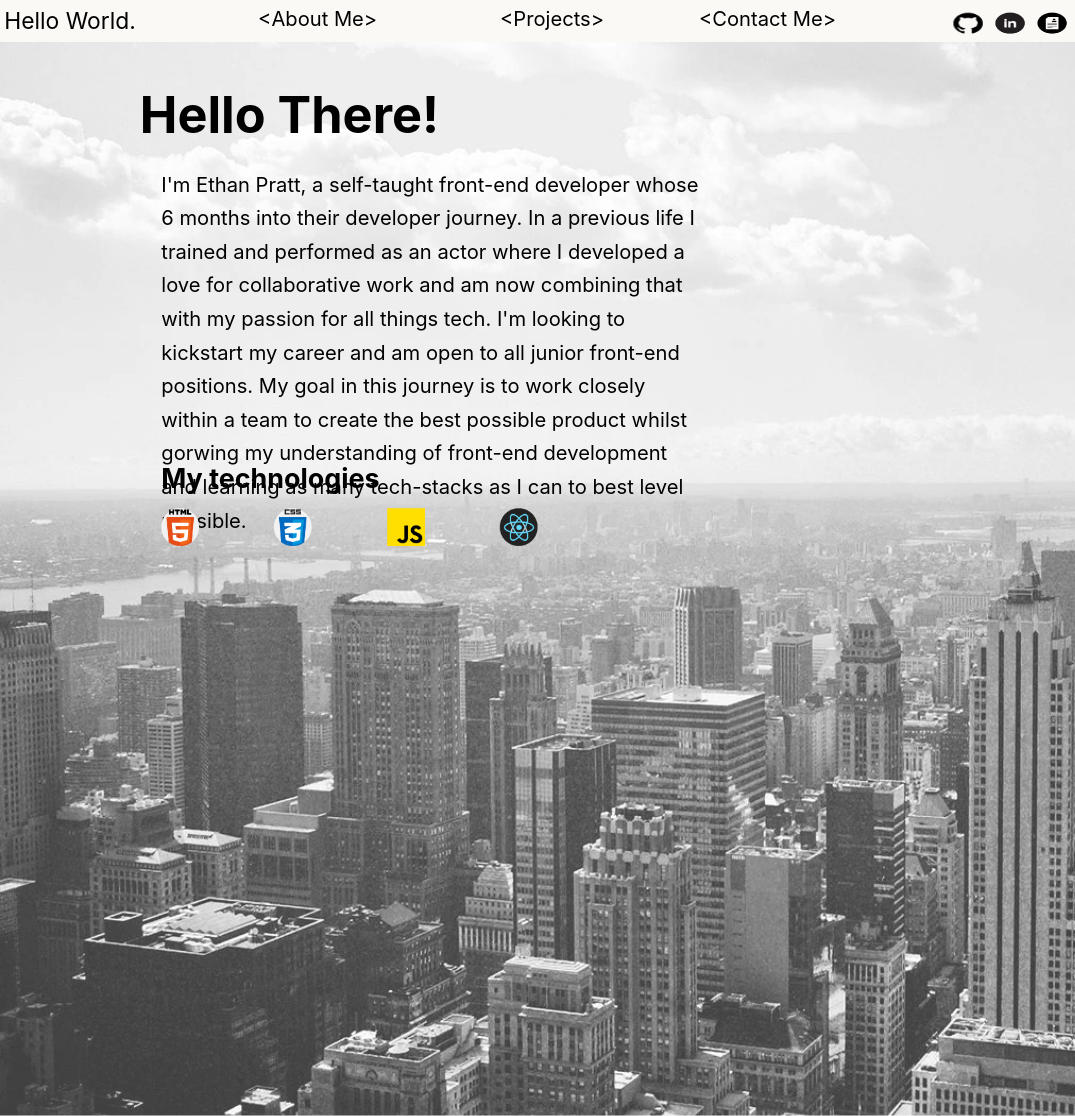
Repository: ghend99/website_ethan_pratt
Page: /about
These files come from the project's save history. The page is drawn as it stood at one moment and after the next save; the edit follows.
The browser window is 1280 px wide. The pictures show the whole page, at 84% of full size.
The project was rebuilt for these pictures with package versions that can differ from the ones it lists, and the page was loaded fresh each time. Also part of the build but not shown: src/pages/home.js, src/pages/project.js, src/css/contact.css, src/pages/contact.js.

Above is the page before, as saved 2023-04-03 12:30:35.

### public/index.html
<!DOCTYPE html>
<html lang="en">
  <head>
    <meta charset="utf-8" />
    <link rel="icon" href="%PUBLIC_URL%/favicon.ico" />
    <meta name="viewport" content="width=device-width, initial-scale=1" />
    <meta name="theme-color" content="#000000" />
    <meta
      name="description"
      content="Web site created using create-react-app"
    />
    <link rel="apple-touch-icon" href="%PUBLIC_URL%/logo192.png" />
    <!--
      manifest.json provides metadata used when your web app is installed on a
      user's mobile device or desktop. See https://developers.google.com/web/fundamentals/web-app-manifest/
    -->
    <link rel="manifest" href="%PUBLIC_URL%/manifest.json" />
    <!--
      Notice the use of %PUBLIC_URL% in the tags above.
      It will be replaced with the URL of the `public` folder during the build.
      Only files inside the `public` folder can be referenced from the HTML.

      Unlike "/favicon.ico" or "favicon.ico", "%PUBLIC_URL%/favicon.ico" will
      work correctly both with client-side routing and a non-root public URL.
      Learn how to configure a non-root public URL by running `npm run build`.
    -->
    <title>Ethan Pratt | Junior Front-End Developer</title>
  </head>
  <body>
    <noscript>You need to enable JavaScript to run this app.</noscript>
    <div id="root"></div>
    <!--
      This HTML file is a template.
      If you open it directly in the browser, you will see an empty page.

      You can add webfonts, meta tags, or analytics to this file.
      The build step will place the bundled scripts into the <body> tag.

      To begin the development, run `npm start` or `yarn start`.
      To create a production bundle, use `npm run build` or `yarn build`.
    -->
  </body>
</html>

### src/App.js
import { BrowserRouter as Router, Routes, Route } from "react-router-dom";
import { Home } from "./pages/home";
import { About } from "./pages/about.js";
import { Project } from "./pages/project.js";
import { Contact } from "./pages/contact.js";

function App() {
  return (
    <div className="App">
      <Router>
        <Routes>
          <Route path="/" element={<Home />} />
          <Route path="/projects" element={<Project />} />
          <Route path="/about" element={<About />} />
          <Route path="/contact" element={<Contact />} />
        </Routes>
      </Router>
    </div>
  );
}

export default App;

### src/pages/about.js
import "../css/about.css";
import { Header } from "../components/header.js";
import html from "../images/html.png";
import css from "../images/css.png";
import javascript from "../images/javascript.png";
import react from "../images/react.png";

export const About = () => {
  return (
    <div className="bg">
      <Header />
      <div className="about-container">
        {/* Infomration Container */}
        <div className="info-container">
          <section className="about">
            <h1 className="about-header">Hello There!</h1>
            <p className="about-paragraph">
              I'm Ethan Pratt, a self-taught front-end developer whose 6 months
              into their developer journey. In a previous life I trained and
              performed as an actor where I developed a love for collaborative
              work and am now combining that with my passion for all things
              tech. I'm looking to kickstart my career and am open to all junior
              front-end positions. My goal in this journey is to work closely
              within a team to create the best possible product whilst gorwing
              my understanding of front-end development and learning as many
              tech-stacks as I can to best level possible.
            </p>
          </section>
        </div>

        {/* Technology Container */}
        <div id="technology-container">
          <h2 className="technology-header">My technologies</h2>
          <img
            className="stack-html"
            id="stack-icon"
            src={html}
            alt="html logo"
          />
          <img className="stack-css" id="stack-icon" src={css} alt="css-logo" />
          <img
            className="stack-javascript"
            id="stack-icon"
            src={javascript}
            alt="javascript-logo"
          />
          <img
            className="stack-react"
            id="stack-icon"
            src={react}
            alt="react-logo"
          />
        </div>
      </div>
    </div>
  );
};

### src/components/header.js
import React, { useState } from "react";
import { Link } from "react-router-dom";
import "../css/header.css";
import github from "../images/github.png";
import linkedin from "../images/linkedin.png";
import resume from "../images/resume.png";
import menu from "../images/menu.png";

export const Header = () => {
  return (
    <div className="header-container">
      <Link className="header-title" to="/">
        Hello World.
      </Link>
      <Link id="header-nav" className="header-projects" to="/projects">
        &lt;Projects&gt;
      </Link>
      <Link id="header-nav" className="header-about" to="/about">
        &lt;About Me&gt;
      </Link>
      <Link id="header-nav" className="header-contact" to="/contact">
        &lt;Contact Me&gt;
      </Link>
      <a href="https://github.com/ghend99" target={"_blank"}>
        <img id="header-socials" className="header-github" src={github} />
      </a>
      <a href="https://www.linkedin.com/in/ethanapratt/" target={"_blank"}>
        <img id="header-socials" className="header-linkedin" src={linkedin} />
      </a>
      <a
        href="https://acrobat.adobe.com/link/review?uri=urn:aaid:scds:US:74a2b676-94fc-39cd-90a1-4f5be50c7792"
        target={"_blank"}
      >
        <img id="header-socials" className="header-resume" src={resume} />
      </a>

      <div className="header-socials-list">
        <a href="https://github.com/ghend99" target={"_blank"}>
          <p className="header-socials-text">Github</p>
        </a>
        <a href="https://www.linkedin.com/in/ethanapratt/" target={"_blank"}>
          <p className="header-socials-text">LinkedIn</p>
        </a>
        <a href="https://www.linkedin.com/in/ethanapratt/" target={"_blank"}>
          <p className="header-socials-text">Resume</p>
        </a>
      </div>
    </div>
  );
};

### src/css/home.css
@import url("https://fonts.googleapis.com/css2?family=Bitter&display=swap");

#center-container {
  position: relative;
  max-width: 25%;
  min-width: 500px;
  height: 20%;
  border-bottom: solid;
  /* background-color: aqua; */
  margin-left: auto;
  margin-right: auto;
  top: 10%;
  text-align: center;
  padding: 70px 0;
}

.home-name {
  top: 0;
  font-size: 50px;
  font-weight: bold;
}

.home-job-title {
  font-size: 32px;
  font-family: "Bitter";
}

.home-resume,
.home-github,
.home-linkedin {
  position: absolute;
  bottom: -50px;
  text-decoration: none;
  color: black;
  font-size: 20px;
  font-weight: bold;
  height: 50px;
  padding-bottom: 10px;
}

.home-resume:hover,
.home-github:hover,
.home-linkedin:hover {
  border-bottom: solid;
}

.home-github {
  left: 0;
}

.home-linkedin {
  left: 45%;
}

.home-resume {
  right: 0;
}

### src/css/about.css
.about-container {
  position: relative;
  max-width: 100%;
  min-width: 600px;
  max-height: 100%;
  min-height: 550px;
  /* background-color: lightyellow; */
}

.info-container {
  position: relative;
  max-width: 100%;
  min-width: 530px;
  max-height: 100%;
  min-height: 420px;
  top: 50px;
  /* background-color: lightgreen; */
}

.about-header {
  position: absolute;
  /* display: inline-block; */
  left: 13%;
  margin: 0;
  font-size: 60px;
}

.about-paragraph {
  position: absolute;
  top: 100px;
  left: 15%;
  max-width: 50%;
  min-width: 500px;
  margin: 0;
  font-size: 24px;
  line-height: 40px;
}

#technology-container {
  position: relative;
  top: 30px;
  max-width: 70%;
  min-width: 40%;
  max-height: 100%;
  min-height: 150px;
  left: 15%;
  margin: 0;
  /* background-color: lightblue; */
}

.technology-header {
  position: absolute;
  margin: 0;
  font-size: clamp(2rem, 1vw, 4rem);
}

#stack-icon {
  position: absolute;
  top: 55px;
  width: 5%;
}

.stack-html {
  left: 0;
}

.stack-css {
  left: 15%;
}

.stack-javascript {
  left: 30%;
}

.stack-react {
  left: 45%;
}

@media screen and (min-width: 0) and (max-width: 1740px) {
  #technology-container {
    top: 20px;
  }
}

@media screen and (min-width: 0) and (max-width: 1500px) {
  #technology-container {
    top: 80px;
  }
}

@media screen and (min-width: 0) and (max-width: 724px) {
  #technology-container {
    top: 100px;
  }
}

@media screen and (min-width: 0) and (max-width: 705px) {
  #technology-container {
    top: 120px;
  }
}

### src/css/header.css
@import url("https://fonts.googleapis.com/css2?family=Bitter&display=swap");

.header-socials-text {
  color: black;
  text-decoration: none;
  border-bottom: none;
}

.header-container {
  position: relative;
  display: flex;
  flex-direction: row;
  max-width: 100%;
  min-width: 530px;
  max-height: 200px;
  min-height: 50px;
  background-color: #faf9f6;
  /* padding-top: 20px; */
}

.header-title {
  position: absolute;
  left: 5px;
  margin: 0;
  margin-right: clamp(20px, 50px, 30px);
  font-size: clamp(1rem, 4vw, 1.7rem);
  top: 8px;
  text-decoration: none;
  color: black;
}

#header-nav {
  position: absolute;
  display: flex;
  font-size: clamp(1rem, 4vw, 1.5rem);
  margin: 0;
  margin-right: clamp(20px, 50px, 30px);
  top: 8px;
}

.header-projects {
  left: clamp(30%, 46.5%, 60%);
  text-decoration: none;
  color: black;
}

.header-about {
  margin: 0;
  margin-left: 50px;
  margin-right: 100px;
  left: clamp(5px, 24%, 55%);
  text-decoration: none;
  color: black;
}

.header-contact {
  left: clamp(20%, 65%, 70%);
  text-decoration: none;
  color: black;
}

#header-socials {
  max-width: 11%;
  min-width: 35px;
  max-height: 50%;
  min-height: 10px;
  top: 15px;
  cursor: pointer;
}

#header-nav:hover {
  border-bottom: solid;
}

.header-github {
  position: absolute;
  right: clamp(10px, 12%, 110px);
}

.header-linkedin {
  position: absolute;
  right: clamp(5px, 10%, 60px);
}

.header-resume {
  position: absolute;
  right: clamp(10px, 10%, 10px);
}

.bg {
  position: relative;
  max-width: 100%;
  min-width: 650px;
  height: 100vh;
  min-height: 83rem;
  background-size: cover;
  background-repeat: no-repeat;
  background-position: center center;
}

.bg::before {
  content: "";
  background-image: url(../images/background-image.jpg);
  background-size: cover;
  position: absolute;
  top: 0px;
  right: 0px;
  bottom: 0px;
  left: 0px;
  opacity: 0.75;
}

.header-socials-list {
  position: absolute;
  right: 10px;
  top: 50px;
  font-size: 12px;
  font-weight: bold;
  font-family: "Bitter";
  color: black;
  opacity: 0;
  transition: all 0.2s;
}

@media screen and (min-width: 0) and (max-width: 1028px) {
  #header-socials {
    display: none;
  }

  .header-socials-list {
    opacity: 1;
  }
}

@media screen and (min-width: 0) and (max-width: 612px) {
  #header-nav {
    top: 13px;
    font-size: 22px;
  }

  .header-socials-menu {
    top: 15px;
    right: 10px;
    width: 20px;
    height: 20px;
  }
}

@media screen and (min-width: 0) and (max-width: 554px) {
  #header-nav {
    font-size: 20px;
  }

  .header-title {
    top: 15px;
    font-size: 16px;
  }
}

### src/css/project.css
@import url("https://fonts.googleapis.com/css2?family=Bitter&display=swap");

#projects-container {
  position: absolute;
  display: grid;
  grid-template-columns: 1fr 1fr 1fr;
  grid-template-rows: 3fr;
  max-width: 80%;
  min-width: 70%;
  max-height: 400vh;
  min-height: 150px;
  background-color: blue;
  /* opacity: 0.7; */
  left: 10%;
  top: 10%;
}

#single-project {
  position: relative;
  max-width: 100%;
  max-height: 600px;
  min-height: clamp(30%, 450px, 800px);
  border: solid;
  text-align: center;
  background-color: #faf9f6;
}

.project-name {
  font-family: "Bitter";
  font-size: clamp(18px, 24px, 30px);
}

#project-image {
  position: relative;
  max-width: 80%;
  max-height: 75%;
  min-height: 20%;
  top: -10px;
  margin-left: auto;
  margin-right: auto;
}

.image {
  width: 70%;
}

.project-footer {
  position: absolute;
  display: grid;
  grid-template-columns: 1fr 1fr 1fr;
  text-align: center;
  width: 100%;
  height: 6%;
  bottom: 0;
}

.source-link,
.source-demo,
.project-info {
  position: absolute;
  text-decoration: none;
  color: black;
  font-size: clamp(0.8rem, 0.5vw, 0.8rem);
  font-weight: bold;
  height: 20px;
  cursor: pointer;
}

.source-link {
  left: 5px;
}

.source-demo {
  right: 5px;
}

#project-information {
  font-size: 14px;
}

.source-link:hover,
.source-demo:hover,
.project-info:hover {
  border-bottom: solid;
}

@media screen and (min-width: 0) and (max-width: 1028px) {
  #project-container {
    grid-template-columns: 1fr 1fr 1fr;
  }

  #single-project {
    height: 50%;
  }

  .project-footer {
    grid-template-rows: 0.5fr;
    bottom: 0;
  }

  .source-link,
  .source-demo,
  .project-info {
    font-size: 10px;
    font-weight: bold;
  }

  .source-link {
    margin: 0;
  }

  .source-demo {
    margin: 0;
    right: 7px;
  }

  .project-info {
    margin: 0;
    top: -4px;
  }
}

@media screen and (min-width: 0) and (max-width: 708px) {
  #projects-container {
    height: 20%;
  }

  .project-footer {
    bottom: 0;
  }

  .source-link,
  .source-demo,
  .project-info {
    font-size: 8px;
  }

  /* #single-project {
    min-height: 300px;
  } */
}

Loaded but not shown: src/index.js (common file); src/index.css (common file)

After the next save:
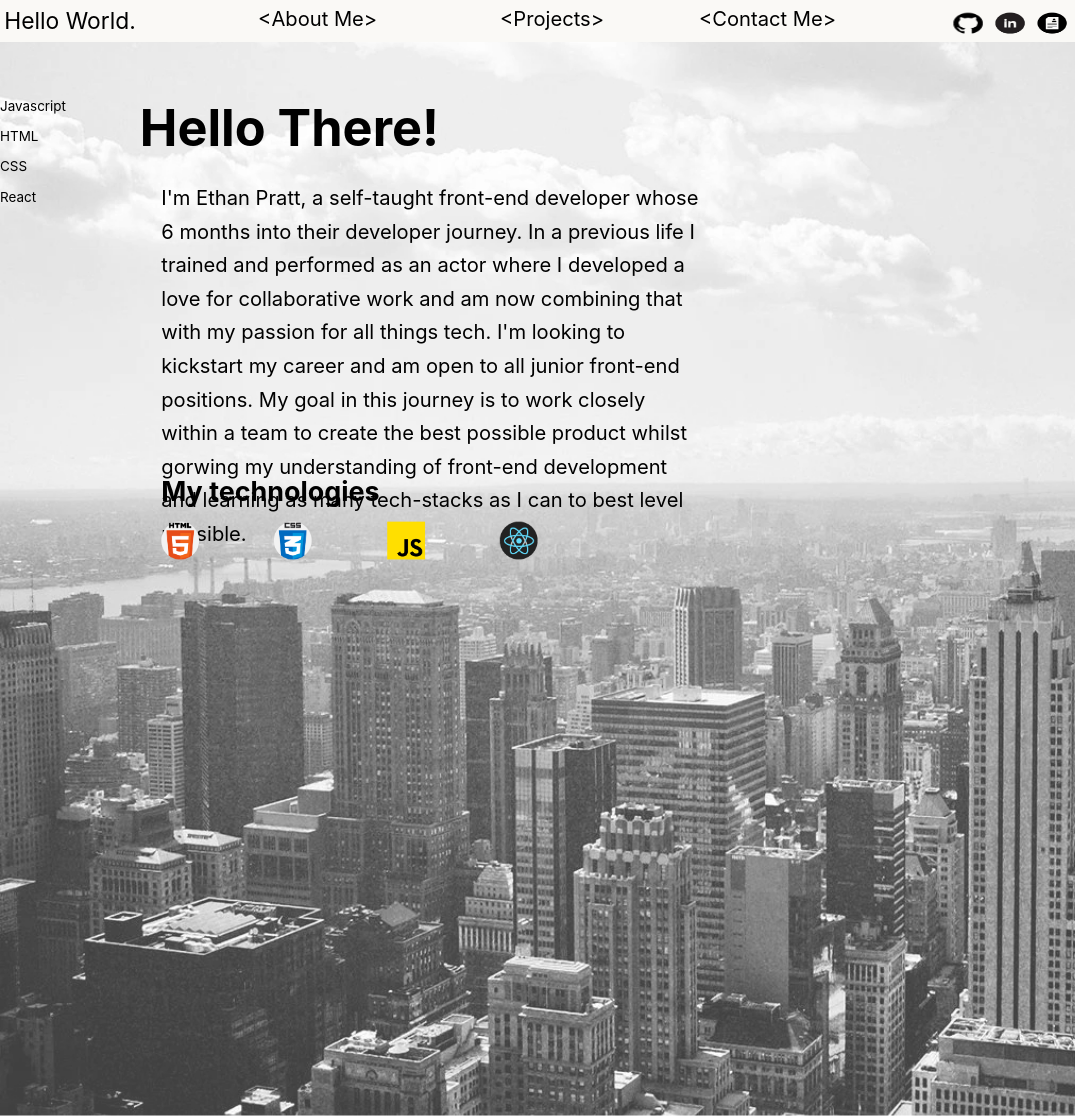
Saved 61 s later.
--- a/src/pages/about.js
+++ b/src/pages/about.js
@@ -25,6 +25,12 @@ export const About = () => {
               my understanding of front-end development and learning as many
               tech-stacks as I can to best level possible.
             </p>
+            <div className="technology">
+              <p>Javascript</p>
+              <p>HTML</p>
+              <p>CSS</p>
+              <p>React</p>
+            </div>
           </section>
         </div>
 

After the 3 saves that followed:
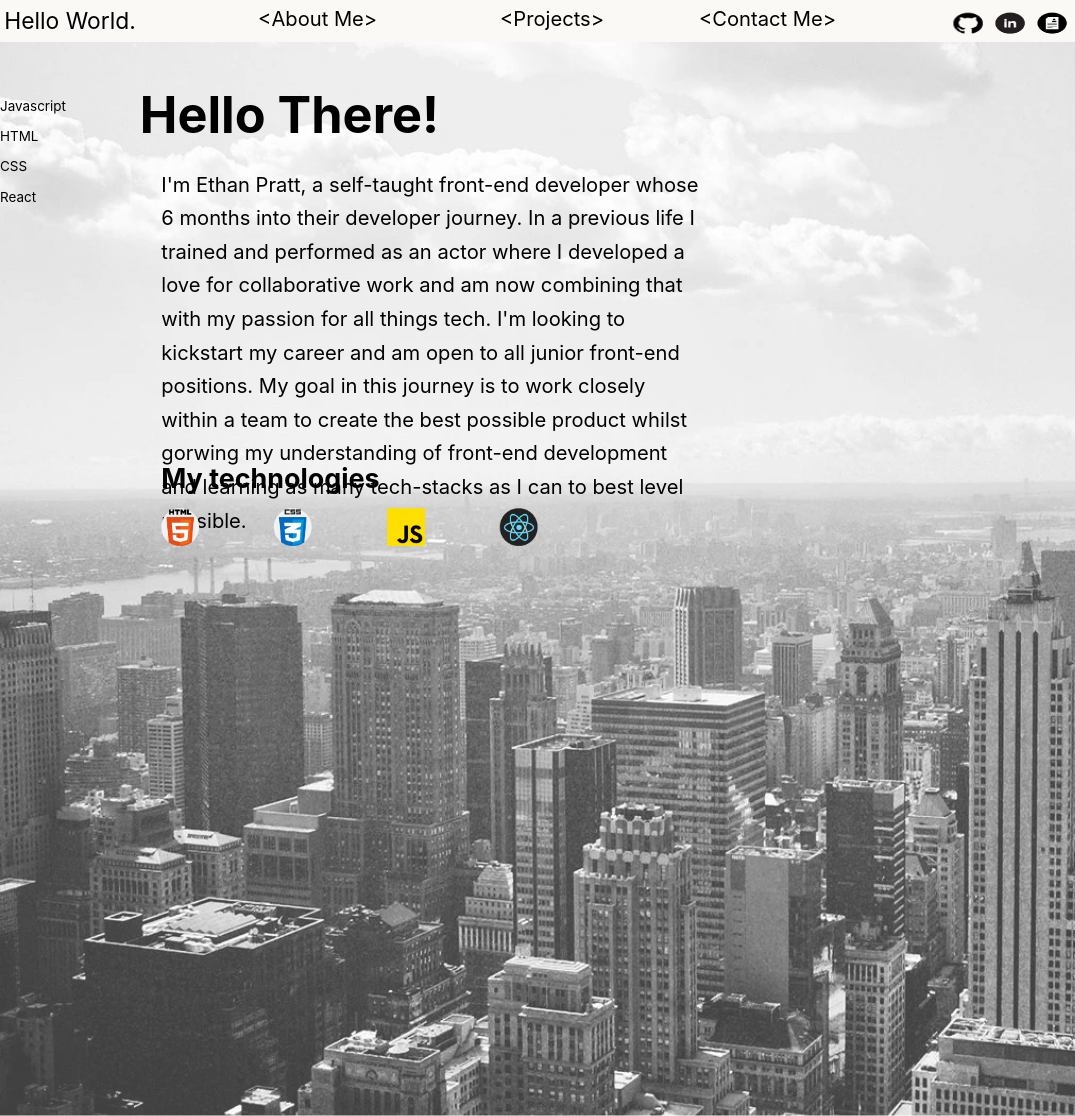
The 3 saves are shown as one change because 2 left the picture as it was.
The last was saved 29 s later.
--- a/src/css/about.css
+++ b/src/css/about.css
@@ -34,6 +34,10 @@
   margin: 0;
   font-size: 24px;
   line-height: 40px;
+}
+
+.technology {
+  position: absolute;
 }
 
 #technology-container {
